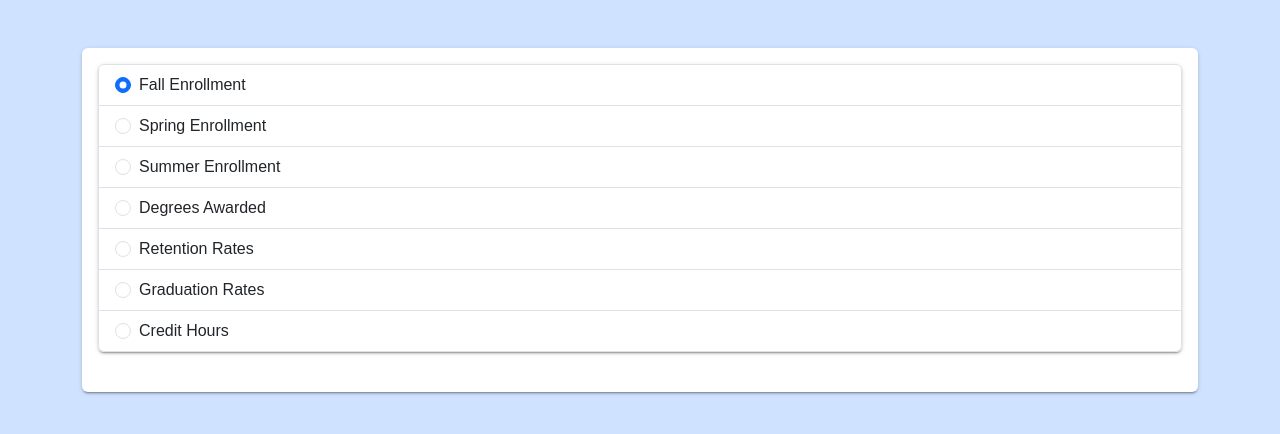
Repository: chancellor-w-whitaker/trying-context
Page: /
An editor plug-in stored every save of this project. The page is shown before and after the next save, followed by the edit.
The browser window is 1280 px wide. The pictures show the whole page.
The page's requests for data from a server got no answer. Some web fonts or font styles are not loaded; a fallback is used. The project was rebuilt for these pictures with package versions that can differ from the ones it lists, and the page was loaded fresh each time. No one was signed in, and anything a server would have sent is missing. Also part of the build but not shown: vite.config.js.

Above is the page before, as saved 2024-01-14 15:42:56.

After the next save:
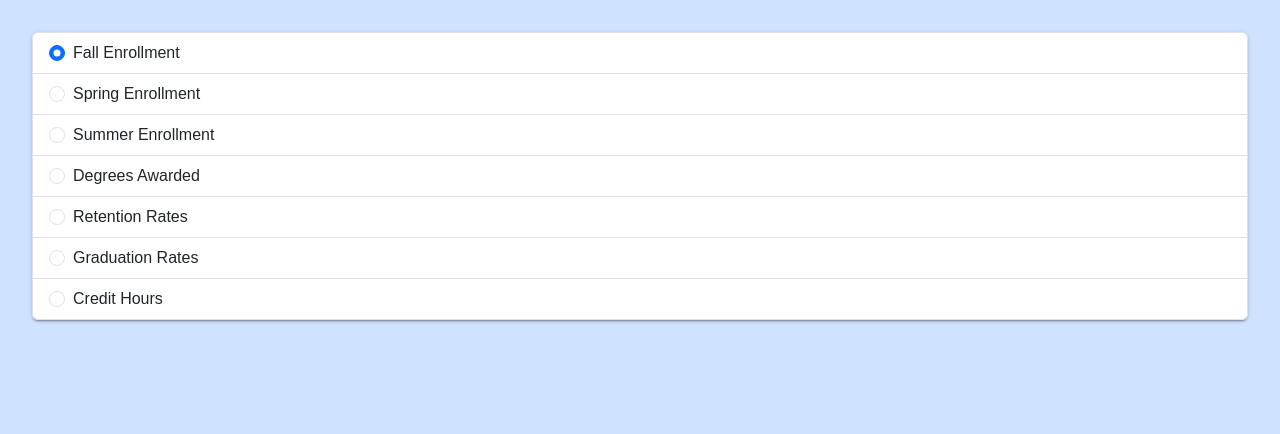
Saved 26 s later.
--- a/src/App.jsx
+++ b/src/App.jsx
@@ -17,63 +17,61 @@ const App = () => {
 
   return (
     <>
-      <Container>
-        <div className="d-flex flex-column gap-4">
-          <ListGroup className="shadow-sm">
-            {fileNames.map(({ displayName, id }) => (
-              <ListGroupItem
-                checked={id === fileName}
-                onChange={onFileChange}
-                type="radio"
-                name="file"
-                value={id}
-                key={id}
-              >
-                {displayName}
-              </ListGroupItem>
-            ))}
-          </ListGroup>
-          <div className="d-flex flex-wrap gap-3">
-            {Object.entries(columnFilters).map(
-              ([field, { relevant: fieldRelevance, checklist }]) =>
-                fieldRelevance && (
-                  <Dropdown className="col" key={field}>
-                    <DropdownButton
-                      className={`w-100 shadow-sm${
-                        !fieldRelevance ? " opacity-50" : ""
-                      }`}
-                      data-bs-auto-close="outside"
-                      variant="light"
-                    >
-                      {toTitleCase(field)}
-                    </DropdownButton>
-                    <DropdownMenu className="shadow-sm">
-                      <ListGroup className="list-group-flush">
-                        {Object.entries(checklist).map(
-                          ([value, { relevant: valueRelevance, checked }]) => (
-                            <ListGroupItem
-                              className={`border-0${
-                                !valueRelevance ? " opacity-50" : ""
-                              }`}
-                              onChange={onColumnFilterChange}
-                              checked={checked}
-                              type="checkbox"
-                              value={value}
-                              name={field}
-                              key={value}
-                            >
-                              {value}
-                            </ListGroupItem>
-                          )
-                        )}
-                      </ListGroup>
-                    </DropdownMenu>
-                  </Dropdown>
-                )
-            )}
-          </div>
+      <div className="d-flex flex-column gap-4">
+        <ListGroup className="shadow-sm">
+          {fileNames.map(({ displayName, id }) => (
+            <ListGroupItem
+              checked={id === fileName}
+              onChange={onFileChange}
+              type="radio"
+              name="file"
+              value={id}
+              key={id}
+            >
+              {displayName}
+            </ListGroupItem>
+          ))}
+        </ListGroup>
+        <div className="d-flex flex-wrap gap-3">
+          {Object.entries(columnFilters).map(
+            ([field, { relevant: fieldRelevance, checklist }]) =>
+              fieldRelevance && (
+                <Dropdown className="col" key={field}>
+                  <DropdownButton
+                    className={`w-100 shadow-sm${
+                      !fieldRelevance ? " opacity-50" : ""
+                    }`}
+                    data-bs-auto-close="outside"
+                    variant="light"
+                  >
+                    {toTitleCase(field)}
+                  </DropdownButton>
+                  <DropdownMenu className="shadow-sm">
+                    <ListGroup className="list-group-flush">
+                      {Object.entries(checklist).map(
+                        ([value, { relevant: valueRelevance, checked }]) => (
+                          <ListGroupItem
+                            className={`border-0${
+                              !valueRelevance ? " opacity-50" : ""
+                            }`}
+                            onChange={onColumnFilterChange}
+                            checked={checked}
+                            type="checkbox"
+                            value={value}
+                            name={field}
+                            key={value}
+                          >
+                            {value}
+                          </ListGroupItem>
+                        )
+                      )}
+                    </ListGroup>
+                  </DropdownMenu>
+                </Dropdown>
+              )
+          )}
         </div>
-      </Container>
+      </div>
     </>
   );
 };

After the save that followed:
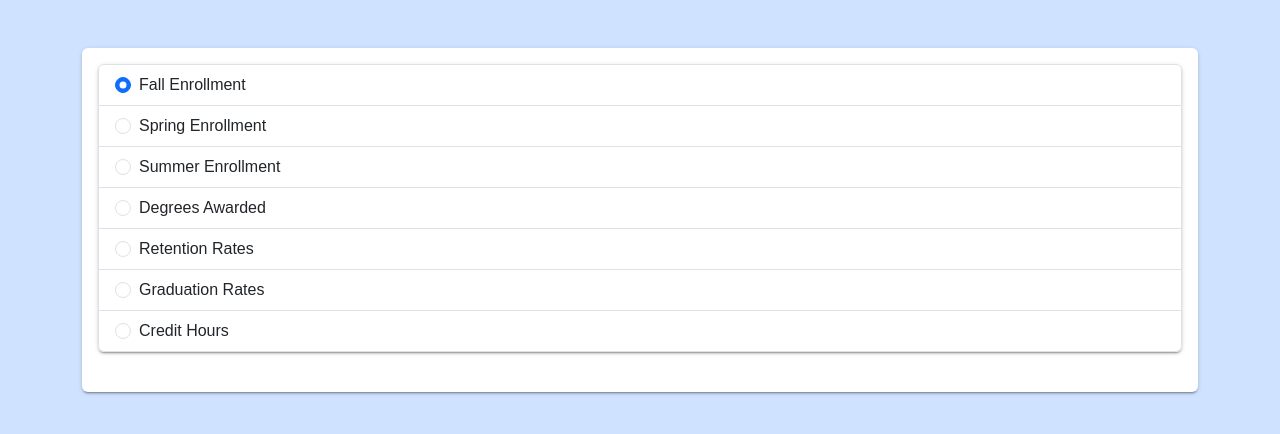
Saved 35 s later.
--- a/src/main.jsx
+++ b/src/main.jsx
@@ -6,13 +6,16 @@ import ReactDOM from "react-dom/client";
 import React from "react";
 
 import { AppContextProvider } from "./AppContextProvider.jsx";
+import { Container } from "./components/Container.jsx";
 import App from "./App.jsx";
 import "./index.css";
 
 ReactDOM.createRoot(document.getElementById("root")).render(
   <React.StrictMode>
-    <AppContextProvider>
-      <App />
-    </AppContextProvider>
+    <Container>
+      <AppContextProvider>
+        <App />
+      </AppContextProvider>
+    </Container>
   </React.StrictMode>
 );
